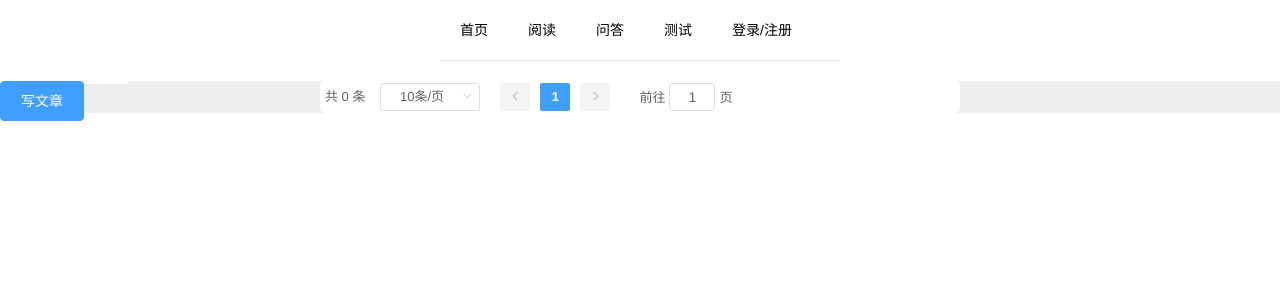
Repository: shengligo/xyx_vue_v1
Page: /read
The author's editor kept a copy of each file at every save. The page is drawn from the files as they stood at one save, then again after the next save.
The browser window is 1280 px wide. The pictures show the whole page.
The page's requests for data from a server got no answer. The project was rebuilt for these pictures with package versions that can differ from the ones it lists, and the page was loaded fresh each time. No one was signed in, and anything a server would have sent is missing. Also part of the build but not shown: vue.config.js, src/views/home/childComps/Art.vue, src/views/author/authors.vue.

Above is the page before, as saved 2021-09-04 13:08:46.

### public/index.html
<!DOCTYPE html>
<html lang="">
  <head>
    <meta charset="utf-8">
    <meta http-equiv="X-UA-Compatible" content="IE=edge">
    <meta name="viewport" content="width=device-width,initial-scale=1.0">
    <link rel="icon" href="<%= BASE_URL %>favicon.ico">
    <title>project0000001</title>
  </head>
  <body>
    <noscript>
      <strong>We're sorry but <%= htmlWebpackPlugin.options.title %> doesn't work properly without JavaScript enabled. Please enable it to continue.</strong>
    </noscript>
    <div id="app"></div>
    <!-- built files will be auto injected -->
  </body>
</html>

### src/main.js
import Vue from 'vue'
import App from './App.vue'
import router from './router'
import store from './store'
import 'element-ui/lib/theme-chalk/index.css';
import axios from "axios";
axios.defaults.baseURL = "/api"; // http://10.1.2.85:8091/essay
axios.defaults.headers.common["Content-Type"] ="application/json;charset=UTF-8";
axios.defaults.withCredentials = true // 表示跨域请求时是否需要使用凭证
Vue.prototype.$ajax = axios;
import ElementUI from 'element-ui'

Vue.config.productionTip = false
Vue.use(ElementUI)

new Vue({
  router,
  store,
  render: h => h(App)
}).$mount('#app')

### src/App.vue
<template>
  <div id="app">
    <nav-bar ></nav-bar>
    <!-- <carousel></carousel> -->
    <!-- <art></art> -->


    <router-view></router-view>

  </div>
</template>
<script>

import NavBar from './components/common/NavBar'
import Art from '@/views/home/childComps/Art'
// import Carousel from '@/components/common/Carousel'


export default {
  name: "app",
  components:{
    NavBar,
    Art,




  }
};
</script>



<style>
@import url('assets/css/normalize.css');
#app{
  font-family: "Helvetica Neue",Helvetica,"PingFang SC","Hiragino Sans GB","Microsoft YaHei","微软雅黑",Arial,sans-serif;
}



</style>

### src/router/index.js

import Vue from 'vue'
import VueRouter from 'vue-router'
import Auther from '../views/author/authors.vue'

const Home = () => import('../views/home/Home')

const Question = () => import('../views/questions/Question')
const Read = () => import('../views/read/Read')
const Test = () => import('../views/testing/Test')
const Login = () => import('../components/common/login/Login')
const originalPush = VueRouter.prototype.push

VueRouter.prototype.push = function push(location) {
  return originalPush.call(this, location).catch(err => err)
}
// fksdljfkjdsjflsdjlfja
Vue.use(VueRouter)

const routes = [
  {
    path: '/',
    name: 'Home',
    component: Home
  },
  {
    path: '/auther',
    component: Auther
  },
  // {
  //   path: '/home',
  //   name: 'Home',
  //   component: Home
  // },

  {
    path:'/qs',
    name:'Qs',
    component:Question
  },
  {
    path:'/read',
    name:'Read',
    component:Read
  },
  {
    path:'/test',
    name:'Test',
    component:Test
  },
  {
    path:'/login',
    name:'Login',
    component:Login
  }
]

const router = new VueRouter({
  mode: 'history',
  base: process.env.BASE_URL,
  routes
})

export default router

### src/components/common/NavBar.vue
<template>
  <div>
     <div class="nav">

       <el-menu
          :default-active="activeIndex"
          class="el-menu-demo"
          mode="horizontal"
          text-color="#000000"
          active-text-color="#444444"
        >
          <el-menu-item index="1" @click="itemclick">首页</el-menu-item>
          <el-menu-item index="2" @click="itemclick2">阅读</el-menu-item>
          <el-menu-item index="3" @click="itemclick3">问答</el-menu-item>
          <el-menu-item index="4" @click="itemclick4">测试</el-menu-item>
          <el-menu-item index="5" @click="itemclick5">登录/注册</el-menu-item>
        </el-menu>

     </div>

  </div>
</template>

<script>


export default {

  name: "navbar",
  data() {
    return {
      activeIndex:1
    }
  },
  methods:{
    itemclick(){
      console.log('itemclick');
      this.$router.push("/")
    },
    itemclick2(){
      this.$router.push("/read")
    },
    itemclick3(){
      this.$router.push("./qs")
    },
    itemclick4(){
      this.$router.push('./test')
    },
    itemclick5(){
      this.$router.push('/login')
    }

  },

};
</script>

<style scoped>
.nav{

  margin: 0 auto;
  /* background-color: rgba(217, 221, 221, 0.918);
   */
   /* background-color: #5880A9; */
  padding: 0;


}
.nav>.el-menu{
  width: 400px;
  margin: 0 auto;
  /* background-color: rgba(217, 221, 221, 0.918); */
}

</style>

### src/views/read/Read.vue
<template>
  <div id="box">
    <div id="article">
      <div
        class="list"
        v-for="(item, index) in fileList"
        :key="index"
        @click="goToUrl('ReadDetail', { id: item.id })"
      >
        <div class="list_l">
          <img :src="item.faceUrl" alt="图片" v-if="item.faceUrl" />
        </div>
        <div class="list_r">
          <div class="list_r_t">
            <span>{{ item.title }}</span>
            <span class="sortName">{{ item.sortName }}</span>
          </div>
          <div class="list_r_m">{{ item.introduce }}</div>
          <div class="list_r_b">
            {{ item.createTime.substring(0, 10) }} | {{ item.author }}
          </div>
        </div>
      </div>
      <!-- <div v-html="htmltext" class="centerBody"></div> -->
      <!-- 分页 -->
      <el-pagination
        class="common-page-pagination"
        background
        :current-page="condition.pageNum"
        :page-sizes="[10, 20, 30, 50]"
        :page-size="condition.pageSize"
        layout="total, sizes, prev, pager, next, jumper"
        :total="total"
        @size-change="handleSizeChange"
        @current-change="handleCurrentChange"
      />
    </div>
    <div class="toWrite">
      <el-button type="primary">写文章</el-button>
    </div>
  </div>
</template>

<script>
// import ArticleLi from "../home/childComps/ArticleLi";
import E from "wangeditor";
import qs from "qs"; // 引入qs模块，用来序列化post类型的数据，后面会提到

export default {
  name: "read",
  components: {
    // ArticleLi,
  },
  data() {
    return {
      fileList: [],
      total: 0,
      condition: {
        pageNum: 1,
        pageSize: 5
      },
      htmltext: "<p>用 JS 设置的内容</p><p>追加的内容</p>"
    };
  },
  mounted() {
    this.getEdits();
  },
  methods: {
    goToUrl(url, query = {}) {
      if (!url) {
        this.$toast("当前模块正在开发中\n敬请期待!");
      } else {
        this.$router.push({ path: url, query });
      }
    },
    handleSizeChange(val) {
      this.condition.pageSize = val;
      this.getEdits();
    },
    handleCurrentChange(val) {
      this.condition.pageNum = val;
      this.getEdits();
    },
    getEdit() {
      // const editor = new E('#div1')
      // 或者 const editor = new E( document.getElementById('div1') )

      //  const E = window.wangEditor
      this.editor = new E(document.getElementById("toolbar-container"));
      this.editor.create();
      this.editor.txt.html("<p>用 JS 设置的内容</p>"); // 重新设置编辑器内容
      this.editor.txt.append("<p>追加的内容</p>");
      console.log(this.editor.txt.html());
    },
    async getEdits(current) {
      if (current) {
        this.condition.pageNum = current;
      }
      var params = {
        pageNum: 1,
        pageSize: 10
      };
      // $ajax请求
      const url = "/essay/getEssayList";
      await this.$ajax
        .get(url, { params })
        .then(res => {
          const { data } = res;
          if (data.code === "000000") {
            //this.$message.success('请求成功')
            this.fileList = data.data.results;
            this.total = data.data.totalRecord;
            var text = "";
            data.data.results.forEach(item => {
              text += item.content;
            });
            this.htmltext = text;
          } else {
            this.$message.error("暂无权限");
          }
        })
        .catch(() => {
          this.$message.error("网络异常");
        });
    }
  }
};
</script>

<style scoped>
#box {
  width: 100%;
  height: 100%;
  margin: 0;
  padding: 0;
  background: #eee;
  position: relative;

}

#article {
  border-radius: 5px;
  width: 50%;
  margin: 0 auto;
  margin-top: 20px;
  margin-bottom: 20px;
  background: #fff;
}
.centerBody {
  width: 500px;
  margin: 0 auto;
}
.list {
  display: flex;
  width: 80%;
  height: 100px;
  padding: 10px;
  margin: 0 auto;
  /* border: 1px solid pink; */
  margin-top: 10px;
}
.list_l {
  width: 100px;
  height: 100px;
  /* border: 1px solid pink; */
}
img {
  width: 100%;
  height: 100%;
}
.list_r {
  margin-top: 10px;
  margin-left: 30px;
  width: 90%;
  height: 100px;
  /* border: 1px solid pink; */
}
.list_r_t {
  margin: 5px;
  height: 20px;
  line-height: 20px;
  font-size: 18px;
  font-weight: 700;
  /* border: 1px solid pink; */
}
.sortName {
  float: right;
  width: 80px;
  height: 25px;
  line-height: 25px;
  font-size: 14px;
  color: #666;
  font-weight: 400;
  border-radius: 8px;
  background-color: #f1f5f9;
  text-align: center;
  /* border: 1px solid pink; */
}
.list_r_m {
  margin: 0 5px 5px;
  font-size: 14px;
  color: #666;
  font-weight: 400;
}
.list_r_b {
  margin: 0 5px;
  height: 20px;
  line-height: 20px;
  font-size: 16px;
  color: #666;
  font-weight: 400;
}

/* table 样式 */
table {
  border-top: 1px solid #ccc;
  border-left: 1px solid #ccc;
}
table td,
table th {
  border-bottom: 1px solid #ccc;
  border-right: 1px solid #ccc;
  padding: 3px 5px;
}
table th {
  border-bottom: 2px solid #ccc;
  text-align: center;
}

/* blockquote 样式 */
blockquote {
  display: block;
  border-left: 8px solid #d0e5f2;
  padding: 5px 10px;
  margin: 10px 0;
  line-height: 1.4;
  font-size: 100%;
  background-color: #f1f1f1;
}

/* code 样式 */
code {
  display: inline-block;
  *display: inline;
  *zoom: 1;
  background-color: #f1f1f1;
  border-radius: 3px;
  padding: 3px 5px;
  margin: 0 3px;
}
pre code {
  display: block;
}

/* ul ol 样式 */
ul,
ol {
  margin: 10px 0 10px 20px;
}

.toWrite{
  position: absolute;
  background-color: #fff;
  height: 10%;
  width: 10%;
  border-radius: 5px;
  top: 0;
}
</style>

Loaded but not shown: src/store/index.js (common file); src/assets/css/normalize.css (library)

After the next save:
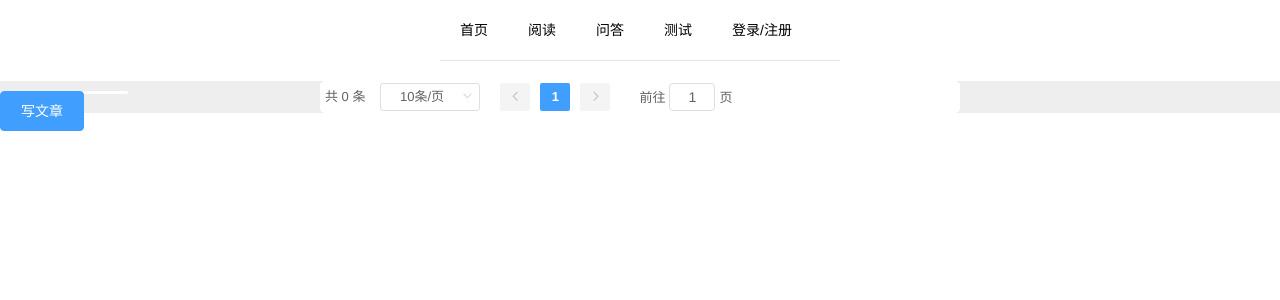
Saved 15 s later.
--- a/src/views/read/Read.vue
+++ b/src/views/read/Read.vue
@@ -264,6 +264,6 @@ ol {
   height: 10%;
   width: 10%;
   border-radius: 5px;
-  top: 0;
+  top: 10px;
 }
 </style>
